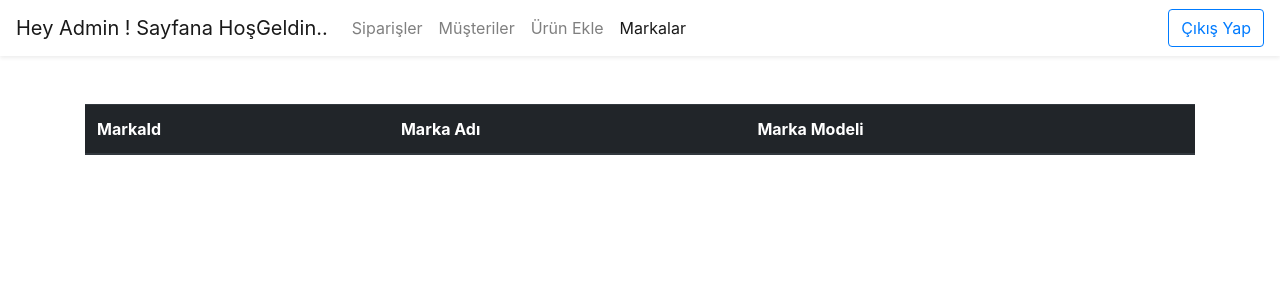
Repository: NergisAktug/E-Commerce-PythonWithFlask-Sqlite3
Page: templates/marka.html
An editor plug-in stored every save of this project. The page is shown before and after the next save, followed by the edit.
The browser window is 1280 px wide. The pictures show the whole page.
Some web libraries are served in a nearby version. The page is served by the project's application, run on Flask 3 (app.py). The template is opened directly, without the code that normally fills it, so the values that code supplies are empty.

Above is the page before, as saved 2018-12-08 18:22:28.

After the next save:
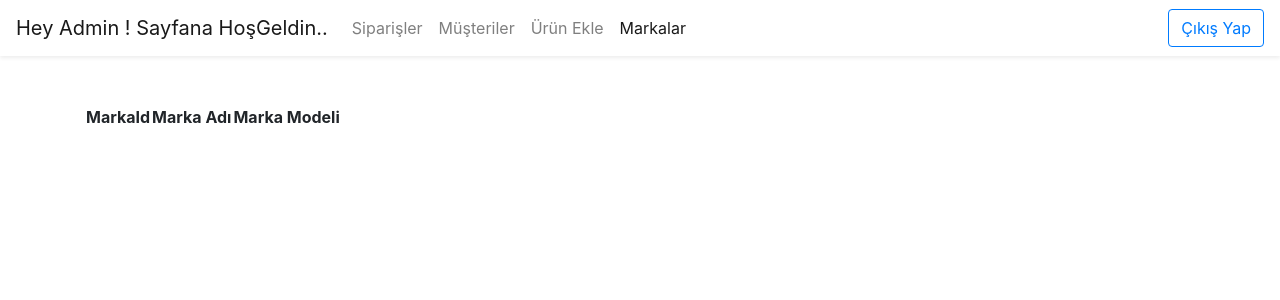
Saved 2 h 19 min later.
--- a/templates/marka.html
+++ b/templates/marka.html
@@ -43,7 +43,7 @@
     </nav>
     <div class="container my-5">
 
-   <table class="table table-dark">
+   <table class="thead-dark">
   <thead>
     <tr>
       <th scope="col">MarkaId</th>
